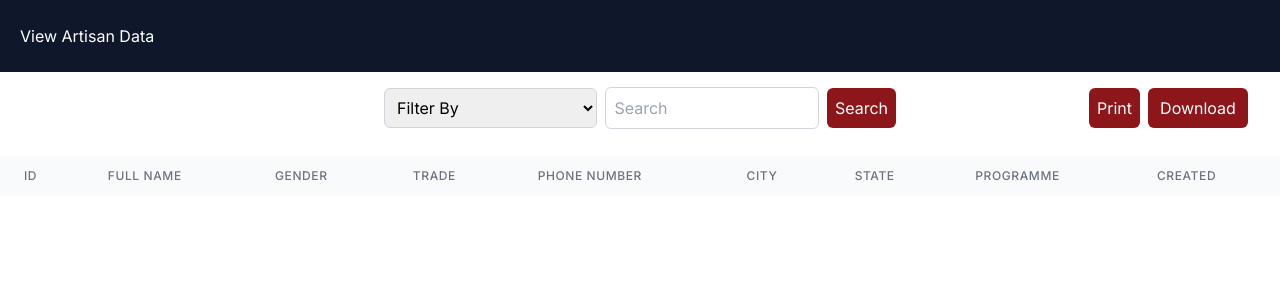
Repository: marcusdashe/artisanindex_frontend
Page: /components/ViewArtisanDataScreen
The author's editor kept a copy of each file at every save. The page is drawn from the files as they stood at one save, then again after the next save.
The browser window is 1280 px wide. The pictures show the whole page.
The page's requests for data from a server got no answer. The project was rebuilt for these pictures with package versions that can differ from the ones it lists, and the page was loaded fresh each time. The framework's server and built-in components were replaced by stand-ins that run in the browser. No one was signed in, and anything a server would have sent is missing. Also part of the build but not shown: next.config.js.

Above is the page before, as saved 2023-03-09 09:28:03.

After the next save:
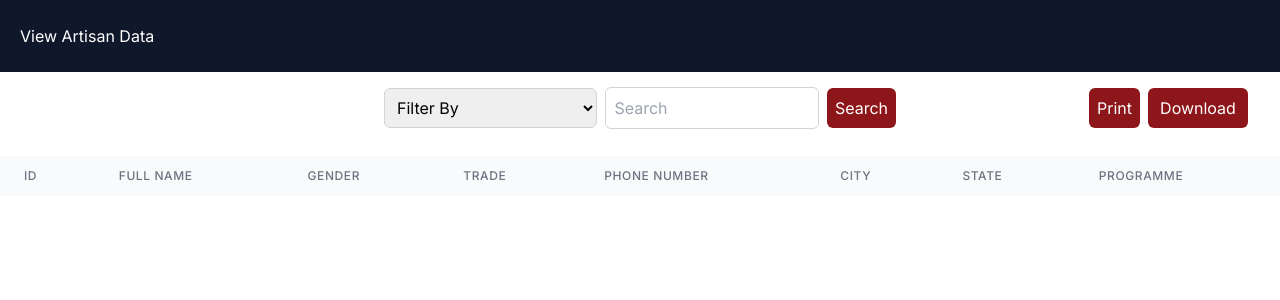
Saved 42 s later.
--- a/pages/components/ArtisanTable.js
+++ b/pages/components/ArtisanTable.js
@@ -29,9 +29,6 @@ const ArtisanTable = ({ artisans }) => {
           <th className="px-6 py-3 text-left text-xs font-medium text-gray-500 uppercase tracking-wider">
             Programme
           </th>
-          <th className="px-6 py-3 text-left text-xs font-medium text-gray-500 uppercase tracking-wider">
-            Created
-          </th>
         </tr>
       </thead>
       <tbody className="bg-white divide-y divide-gray-200">
@@ -45,9 +42,9 @@ const ArtisanTable = ({ artisans }) => {
             <td className="px-6 py-4 whitespace-nowrap">{item.city}</td>
             <td className="px-6 py-4 whitespace-nowrap">{item.state}</td>
             <td className="px-6 py-4 whitespace-nowrap">{item.programme}</td>
-            <td className="px-6 py-4 whitespace-nowrap">
+            {/* <td className="px-6 py-4 whitespace-nowrap">
               {new Date(item.created).toUTCString().substring(0, 16)}
-            </td>
+            </td> */}
           </tr>
         ))}
       </tbody>
